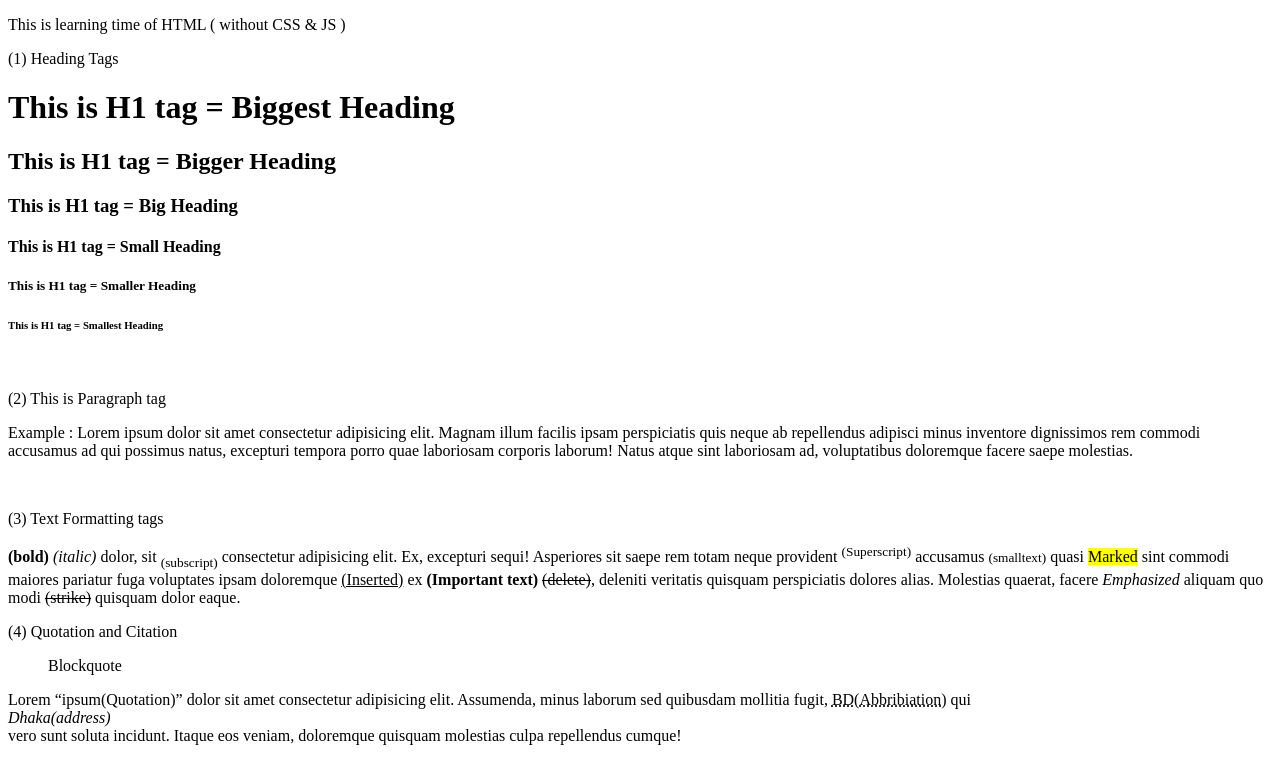
Repository: diptods/Frontend-in-60-DAYS
Page: Day01/learning/learn.html
An editor plug-in stored every save of this project. The page is shown before and after the next save, followed by the edit.
The browser window is 1280 px wide. The pictures show the whole page.

Above is the page before, as saved 2026-05-28 12:00:30.

### Day01/learning/learn.html
<!DOCTYPE html>
<html lang="en">

<head>
    <meta charset="UTF-8">
    <meta name="viewport" content="width=device-width, initial-scale=1.0">
    <title>Day 01 Of Frontend Learning</title>
</head>

<body>
    <p>This is learning time of HTML ( without CSS & JS )</p>
    <p>(1) Heading Tags</p>
    <h1>This is H1 tag = Biggest Heading</h1>
    <h2>This is H1 tag = Bigger Heading</h2>
    <h3>This is H1 tag = Big Heading</h3>
    <h4>This is H1 tag = Small Heading</h4>
    <h5>This is H1 tag = Smaller Heading</h5>
    <h6>This is H1 tag = Smallest Heading</h6>
    <br>
    <p>(2) This is Paragraph tag</p>
    <p>Example : Lorem ipsum dolor sit amet consectetur adipisicing elit. Magnam illum facilis ipsam perspiciatis quis
        neque ab repellendus adipisci minus inventore dignissimos rem commodi accusamus ad qui possimus natus, excepturi
        tempora porro quae laboriosam corporis laborum! Natus atque sint laboriosam ad, voluptatibus doloremque facere
        saepe molestias.</p>
    <br>
    <p>(3) Text Formatting tags</p>
    <p><b>(bold)</b> <i>(italic)</i> dolor, sit <sub>(subscript)</sub> consectetur adipisicing elit. Ex, excepturi
        sequi! Asperiores sit saepe rem totam
        neque provident <sup>(Superscript)</sup> accusamus <small>(smalltext)</small> quasi <mark>Marked</mark> sint
        commodi maiores pariatur fuga voluptates ipsam doloremque
        <ins>(Inserted)</ins> ex <strong>(Important text)</strong> <del>(delete)</del>, deleniti veritatis quisquam
        perspiciatis dolores alias. Molestias quaerat, facere
        <em>Emphasized</em> aliquam quo modi <strike>(strike)</strike> quisquam dolor eaque.
    </p>
    <p>(4) Quotation and Citation</p>
    <p><blockquote>Blockquote</blockquote> Lorem <q>ipsum(Quotation)</q> dolor sit amet consectetur adipisicing elit. Assumenda, minus laborum sed quibusdam mollitia fugit,
        <abbr title="Bangladesh">BD(Abbribiation)</abbr> qui <address>Dhaka(address)</address>vero sunt soluta incidunt. Itaque eos veniam, doloremque quisquam molestias culpa repellendus cumque!
    </p>
</body>

</html>

After the next save:
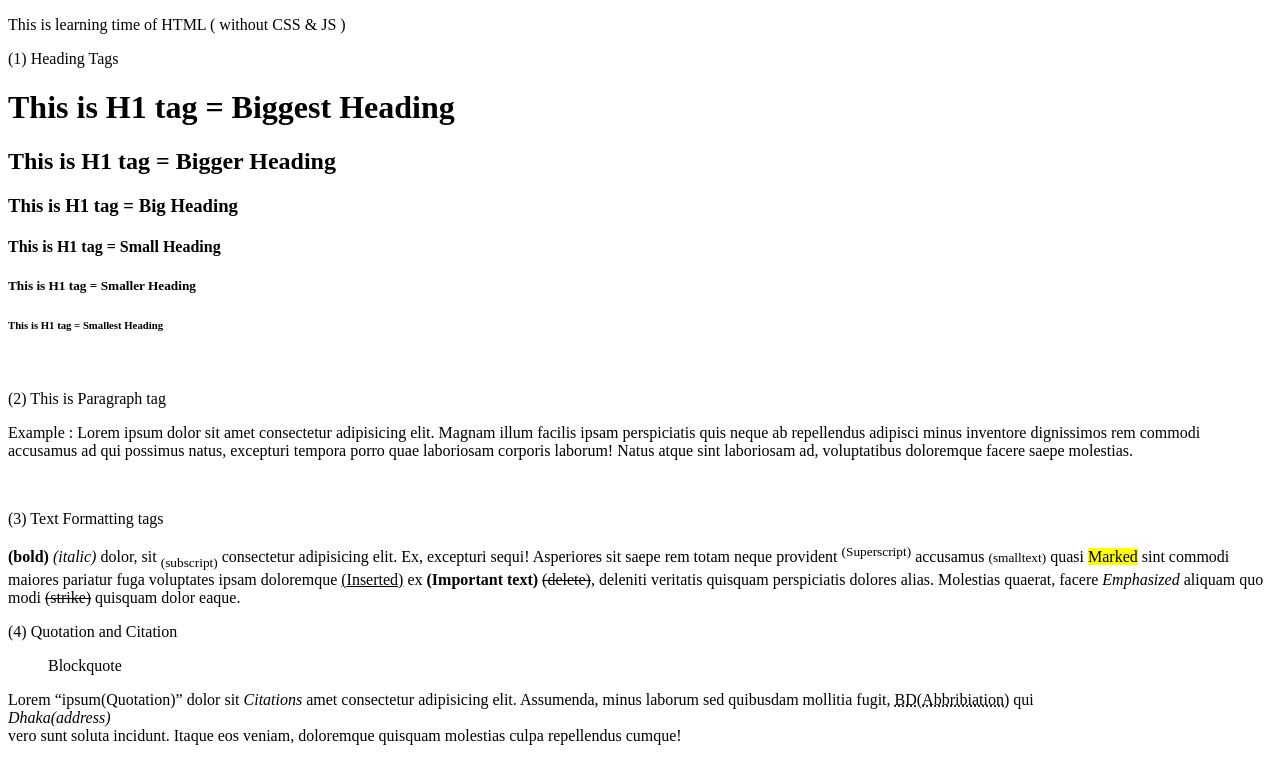
Saved 28 s later.
--- a/Day01/learning/learn.html
+++ b/Day01/learning/learn.html
@@ -33,7 +33,7 @@
         <em>Emphasized</em> aliquam quo modi <strike>(strike)</strike> quisquam dolor eaque.
     </p>
     <p>(4) Quotation and Citation</p>
-    <p><blockquote>Blockquote</blockquote> Lorem <q>ipsum(Quotation)</q> dolor sit amet consectetur adipisicing elit. Assumenda, minus laborum sed quibusdam mollitia fugit,
+    <p><blockquote>Blockquote</blockquote> Lorem <q>ipsum(Quotation)</q> dolor sit <cite>Citations</cite> amet consectetur adipisicing elit. Assumenda, minus laborum sed quibusdam mollitia fugit,
         <abbr title="Bangladesh">BD(Abbribiation)</abbr> qui <address>Dhaka(address)</address>vero sunt soluta incidunt. Itaque eos veniam, doloremque quisquam molestias culpa repellendus cumque!
     </p>
 </body>
